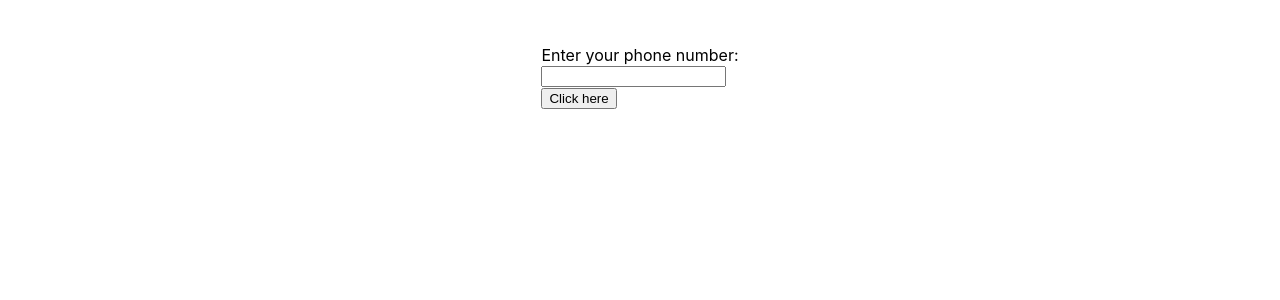
Repository: Rubin78/login-verification
Page: /
The author's editor kept a copy of each file at every save. The page is drawn from the files as they stood at one save, then again after the next save.
The browser window is 1280 px wide. The pictures show the whole page.
The project was rebuilt for these pictures with package versions that can differ from the ones it lists, and the page was loaded fresh each time.

Above is the page before, as saved 2021-02-15 02:01:10.

### src/App.js
import React, { Component, label } from "react";
import "./App.css";
import firebase from "./firebase";

export default class App extends Component {
  constructor(props) {
    super(props);

    this.state = {
      phoneNumber: null,
    };
  }

  //   setUpRecaptcha = () =>{
  // window.recaptchaVerifier = new firebase.auth.RecaptchaVerifier(
  //   "sign-in-button",
  //   {
  //     size: "invisible",
  //     callback: (response) => {
  //       // reCAPTCHA solved, allow signInWithPhoneNumber.
  //       this.onSignInSubmit();
  //     },
  //   }
  // );

  //   };

  //   onSignInSubmit = (event) => {
  // event.preventDefault();
  //     const phoneNumber = "+918369696578";
  //     const appVerifier = window.recaptchaVerifier;
  //     firebase
  //       .auth()
  //       .signInWithPhoneNumber(phoneNumber, appVerifier)
  //       .then((confirmationResult) => {
  // SMS sent. Prompt user to type the code from the message, then sign the
  // user in with confirmationResult.confirm(code).
  // window.confirmationResult = confirmationResult;
  // ...
  // })
  // .catch((error) => {
  // Error; SMS not sent
  // ...
  //     });
  // }

  handleClick = (e) => {
    e.preventDefault();
    const { phoneNumber } = this.state;
    const phoneNumber_countryCode = `+91${phoneNumber}`;
    console.log(phoneNumber_countryCode);
    let recaptcha = new firebase.auth.RecaptchaVerifier("recaptcha");
    let number = phoneNumber_countryCode;
    firebase
      .auth()
      .signInWithPhoneNumber(number, recaptcha)
      .then(function (e) {
        let code = prompt("enter otp", "");
        if (code == null) return;
        e.confirm(code)
          .then(function (result) {
            console.log(result.user, "user");
            document.querySelector("label").textContent =
              result.user.phoneNumber + "Number Verified";
          })
          .catch((error) => {
            console.log(error);
          });
      });
  };

  render() {
    const { phoneNumber } = this.state;
    return (
      <div className="otp">
        <form onSubmit={this.handleClick}>
          <div id="recaptcha"></div>
          <br />
          <div style={{ height: 200  ,padding:25}}>
            {" "}
            <div>
              <label for="phone">Enter your phone number: </label>
            </div>
            <input
              type="tel"
              pattern="[789][0-9]{9}"
              value={phoneNumber}
              onChange={(e) => {
                this.setState({
                  phoneNumber: e.target.value,
                });
              }}
            />
            <br />
            <input type="submit" value="Click here" />
          </div>
        </form>
        {/* <div className="container">

<div className="row justify-content-center align-item-center">

<div className="col-sm-6 text-left">
  <h2>Phone Login</h2>
  </div>
<form onSubmit={this.onSignInSubmit}>
  <div className="form-group">
    <label for ="exampleInputEmail1">phone number</label>
    <input type="number" className="form-control" />
    </div>

    <button type="submit" className="btn btn-primary">submit</button>
    </form>
  </div>
  </div> */}
      </div>
    );
  }
}

### src/App.css
.App {
  text-align: center;
}
.otp{
  display: flex;
  justify-content: center;
  align-items: center;
}
.App-logo {
  height: 40vmin;
  pointer-events: none;
}

@media (prefers-reduced-motion: no-preference) {
  .App-logo {
    animation: App-logo-spin infinite 20s linear;
  }
}

.App-header {
  background-color: #282c34;
  min-height: 100vh;
  display: flex;
  flex-direction: column;
  align-items: center;
  justify-content: center;
  font-size: calc(10px + 2vmin);
  color: white;
}

.App-link {
  color: #61dafb;
}

@keyframes App-logo-spin {
  from {
    transform: rotate(0deg);
  }
  to {
    transform: rotate(360deg);
  }
}

### src/firebase.js
import firebase from "firebase";
import "firebase/auth";



// Your web app's Firebase configuration
var firebaseConfig = {
  apiKey: "AIzaSyCPzRnaARKqxbz7v2rWT2UkPVg2Tu1pzO8",
  authDomain: "phone-login-2db6e.firebaseapp.com",
  projectId: "phone-login-2db6e",
  storageBucket: "phone-login-2db6e.appspot.com",
  messagingSenderId: "683632220759",
  appId: "1:683632220759:web:e58cc6ba32dc476c8a2112",
};
// Initialize Firebase
firebase.initializeApp(firebaseConfig);

export default firebase;

Loaded but not shown: public/index.html (common file); src/index.js (common file); src/index.css (common file); src/reportWebVitals.js (common file)

After the next save:
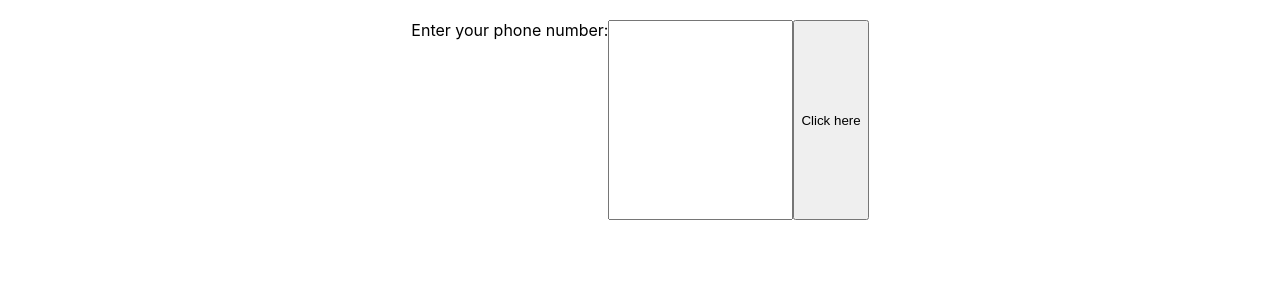
Saved 28 s later.
--- a/src/App.js
+++ b/src/App.js
@@ -76,7 +76,7 @@ export default class App extends Component {
         <form onSubmit={this.handleClick}>
           <div id="recaptcha"></div>
           <br />
-          <div style={{ height: 200  ,padding:25}}>
+          <div style={{ height: 200  ,display:"flex"}}>
             {" "}
             <div>
               <label for="phone">Enter your phone number: </label>
